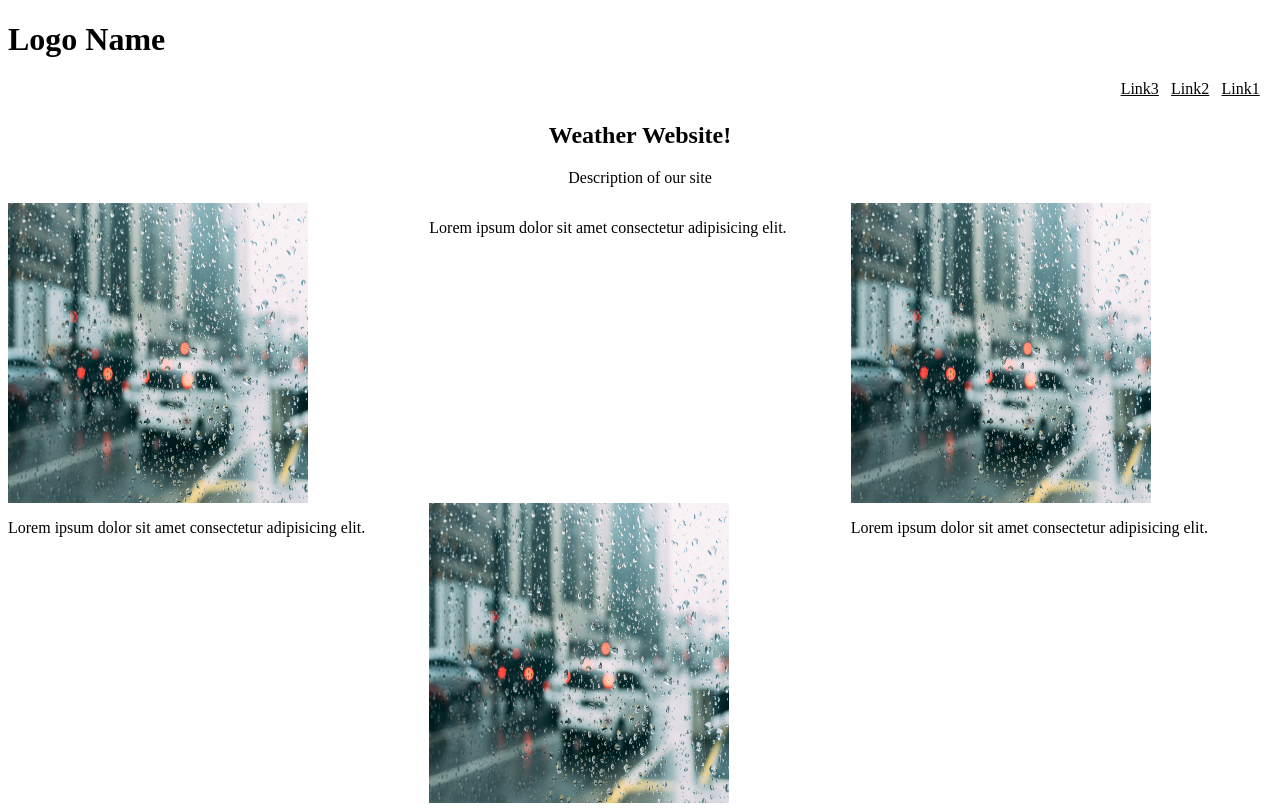
Repository: aaron1986/Breakout2_group_code
Page: index.html
The author's editor kept a copy of each file at every save. The page is drawn from the files as they stood at one save, then again after the next save.
The browser window is 1280 px wide. The pictures show the whole page.

Above is the page before, as saved 2023-09-13 09:51:02.

After the next save:
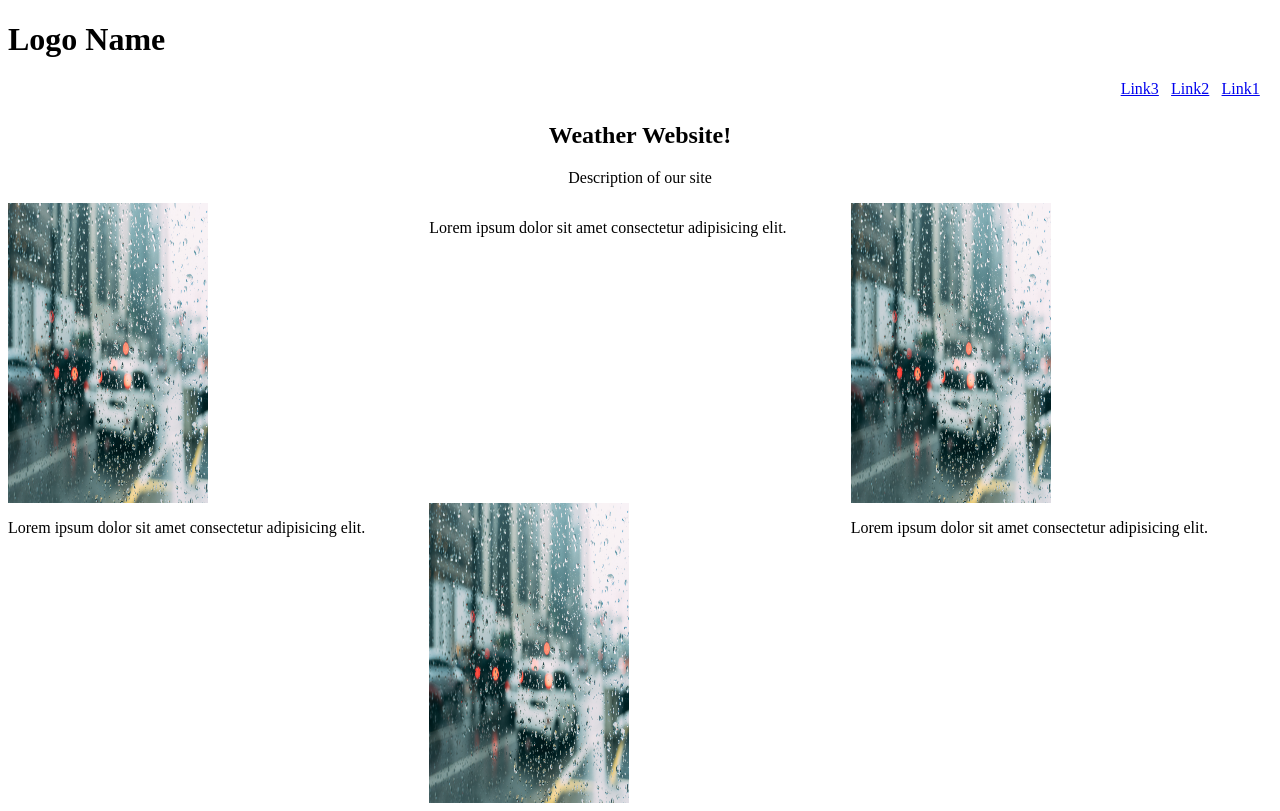
Saved 24 s later.
--- a/style.css
+++ b/style.css
@@ -8,14 +8,6 @@
     float: right;
     margin-right: 1%;
 }
-
-li > a {
-    color: black;
-}
-
- a:hover {
-    color: green;
- }
 
 h2 {
     text-align: center;
@@ -35,6 +27,6 @@
 
 img {
 
-    width: 300px;
+    width: 200px;
     height: 300px;
 }

After the save that followed:
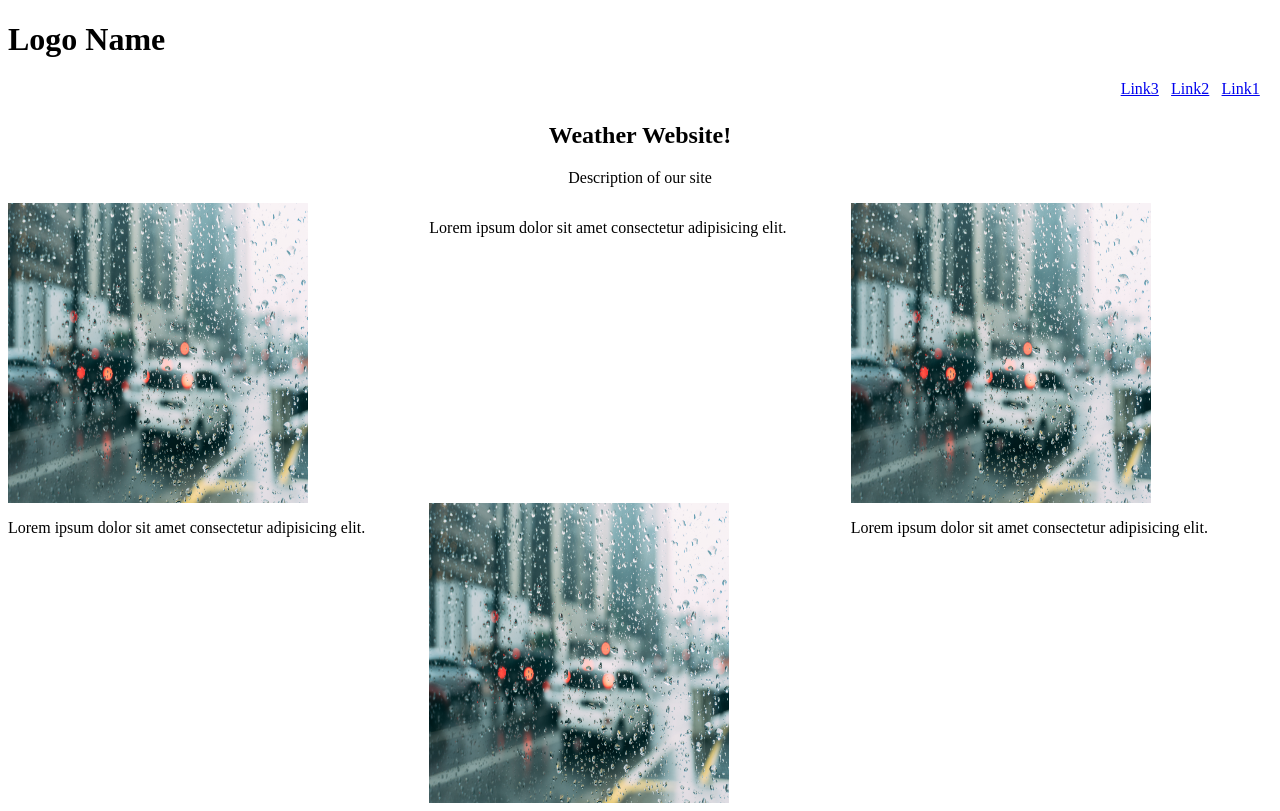
Saved 15 s later.
--- a/style.css
+++ b/style.css
@@ -27,6 +27,6 @@
 
 img {
 
-    width: 200px;
+    width: 300px;
     height: 300px;
 }
